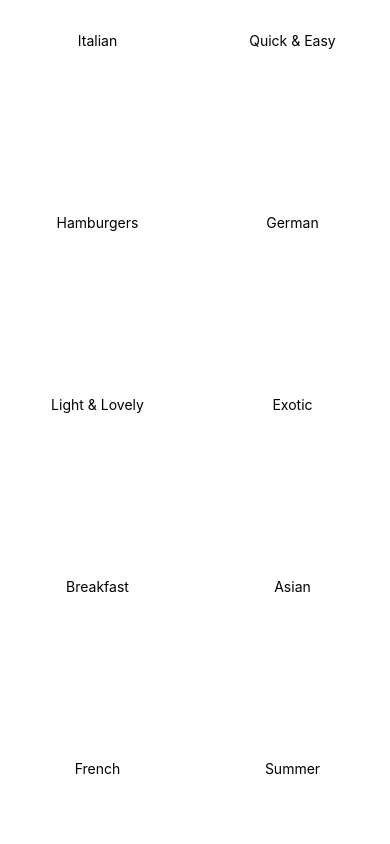
Repository: SyLe-Van/Food-Category-App
Screen: /
An editor plug-in stored every save of this project. The screen is shown before and after the next save, followed by the edit.
An inner scrolling area shows only its first screen. The app was drawn by React Native's web renderer in a window 390 px wide. The project was rebuilt for these pictures with package versions that can differ from the ones it lists, and the page was loaded fresh each time.

Above is the screen before, as saved 2024-02-17 15:26:07.

After the next save:
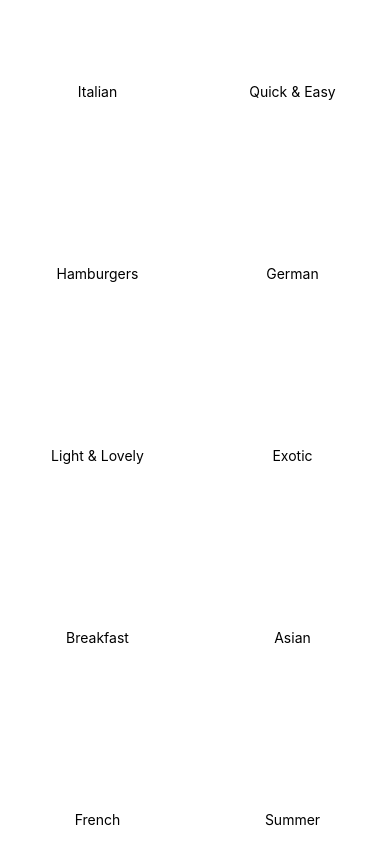
Saved 78 s later.
--- a/components/CategoryGridTitle.js
+++ b/components/CategoryGridTitle.js
@@ -3,7 +3,7 @@ import { Pressable, View, Text, StyleSheet } from "react-native";
 function CategoryGridItem({ title, color }) {
   return (
     <View style={styles.gridItem}>
-      <Pressable>
+      <Pressable style={styles.button}>
         <View style={styles.innerContainer}>
           <Text>{title}</Text>
         </View>
@@ -20,6 +20,9 @@ const styles = StyleSheet.create({
     height: 150,
     borderRadius: 8,
   },
+  button: {
+    flex: 1,
+  },
   innerContainer: {
     flex: 1,
     justifyContent: "center",
